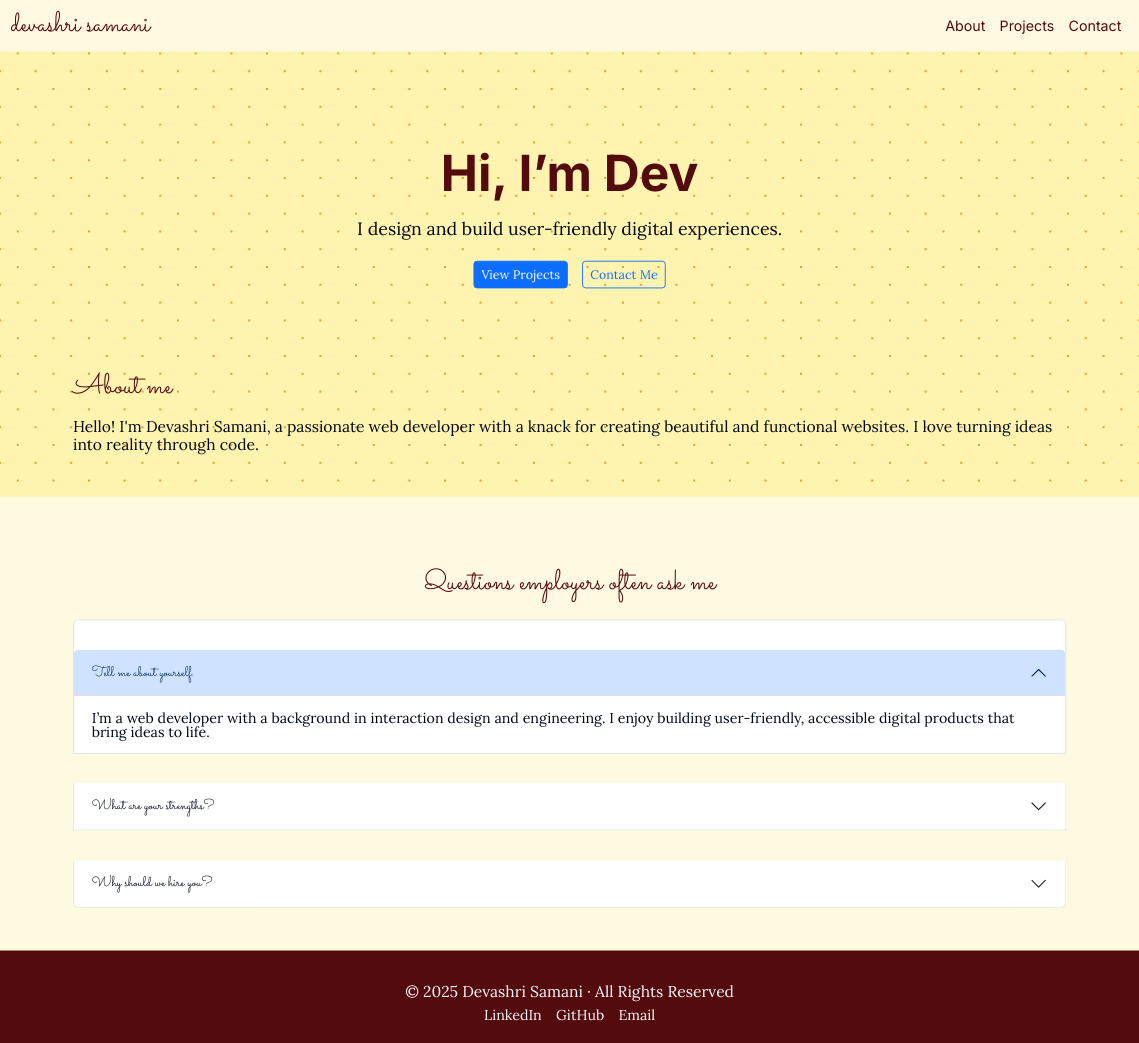
Repository: devashrisamani/devashrisamani.github.io
Page: index.html
The author's editor kept a copy of each file at every save. The page is drawn from the files as they stood at one save, then again after the next save.
The browser window is 1280 px wide. The pictures show the whole page, at 89% of full size.

Above is the page before, as saved 2025-09-23 22:03:36.

After the next save:
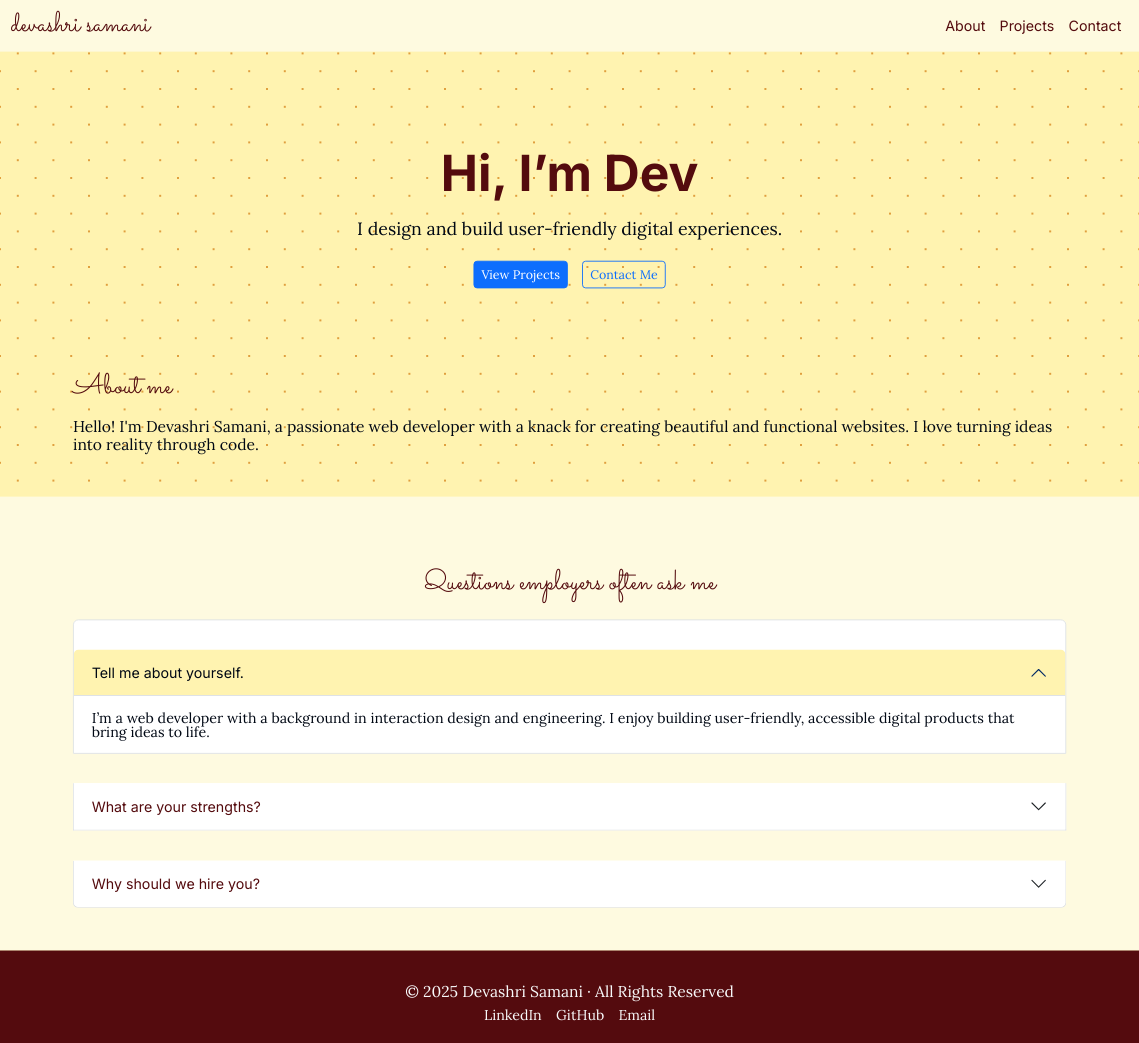
Saved 84 s later.
--- a/css/components.css
+++ b/css/components.css
@@ -20,3 +20,18 @@
 .nav-list a:hover {
   color: var(--button-color-primary);
   font-size: small; */
+
+/* Accordion  */
+
+/* Make accordion blend with your theme */
+.accordion-button {
+  font-family: var(--font-inter);
+  color: var(--heading-color-dark);
+}
+.accordion-button:not(.collapsed) {
+  background-color: var(--button-color-secondary);
+  color: var(--text-color-dark);
+}
+.accordion-body {
+  font-family: var(--font-lora);
+}
